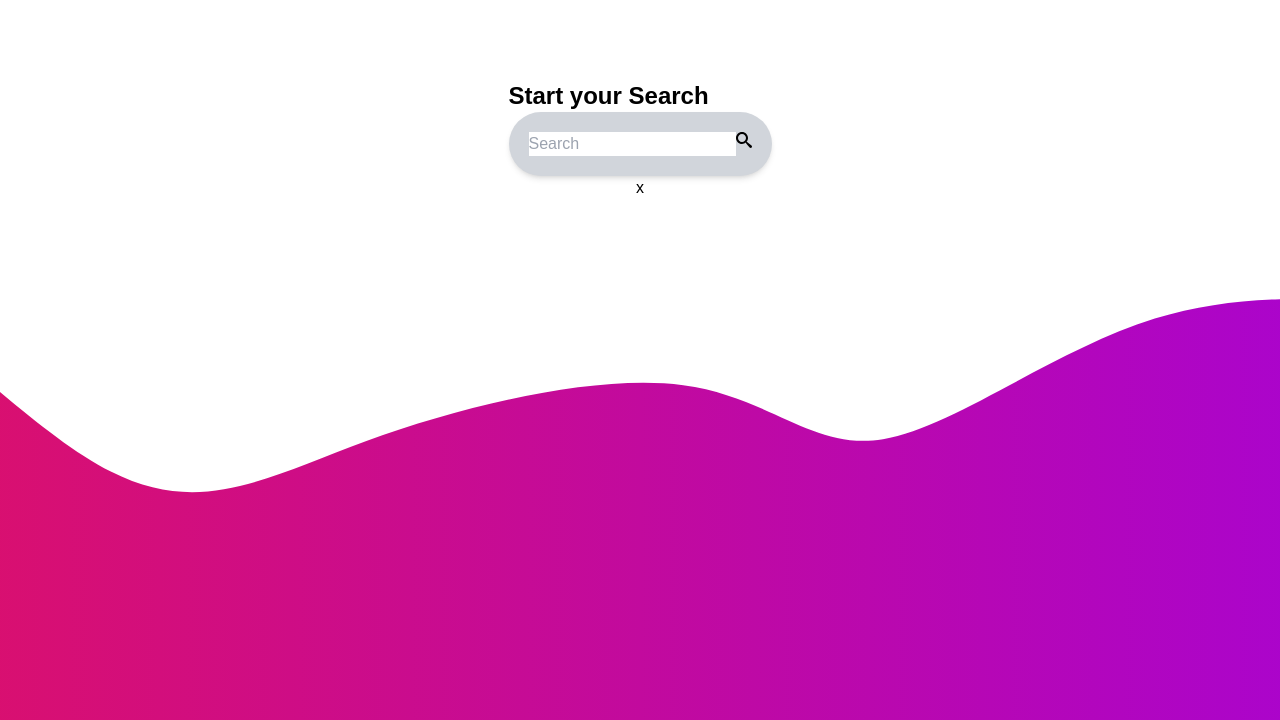
Repository: evergreenx/dictionary-octo
Page: /
An editor plug-in stored every save of this project. The page is shown before and after a run of saves, followed by the edit.
The browser window is 1280 px wide. The pictures show the whole page.
The project was rebuilt for these pictures with package versions that can differ from the ones it lists, and the page was loaded fresh each time. The framework's server and built-in components were replaced by stand-ins that run in the browser. Also part of the build but not shown: next.config.js.

Above is the page before, as saved 2022-04-30 14:54:50.

### pages/index.js
import Head from "next/head";
import Image from "next/image";
import bgimage from "../public/bg.svg";

import { ImSearch } from "react-icons/im";

export default function Home() {
  return (
    <div>
      <Head>
        <title>Create Next App</title>
        <meta name="description" content="Generated by create next app" />
        <link rel="icon" href="/favicon.ico" />
      </Head>

      <main className=" flex flex-col justify-center items-center py-20">
        <div className="input--container">
          <h1 className="text-2xl font-bold">Start your Search</h1>

          <div className="flex bg-gray-300 shadow-md rounded-full p-5 ">
            <input className="input--text" type="text" placeholder="Search" />

            <ImSearch />
          </div>
        </div>
        x{" "}
      </main>
    </div>
  );
}

### styles/globals.css
@tailwind base;
@tailwind components;
@tailwind utilities;

@import url("https://fonts.googleapis.com/css2?family=Quicksand&display=swap");

body {
  padding: 0;
  margin: 0;
  font-family: "Quicksand", sans-serif;
  background-image: url("../public/bg.svg");
  background-repeat: no-repeat;
  background-size: cover;
  background-position: bottom;
  height: 100vh;
  font-family: 'Quicksand', sans-serif;
}

a {
  color: inherit;
  text-decoration: none;
}

* {
  box-sizing: border-box;
}

Loaded but not shown: pages/_app.js (common file); tailwind.config.js (common file)

After the next 2 saves:
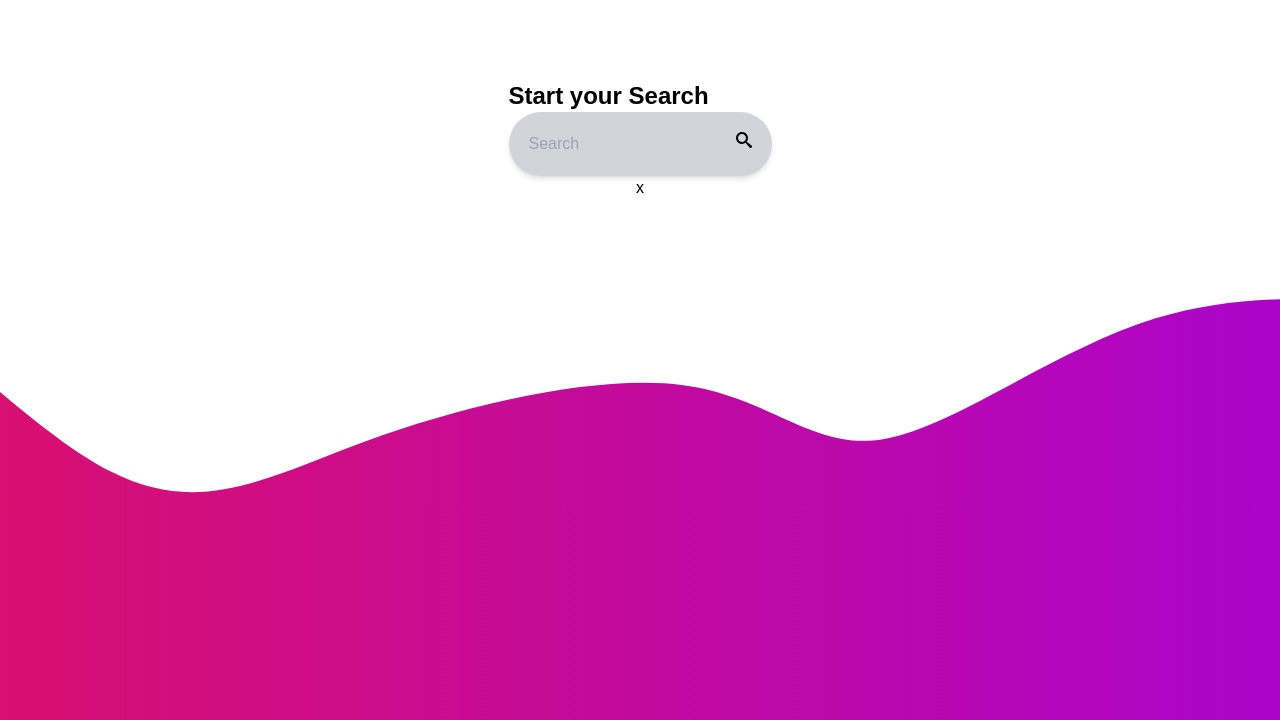
The 2 saves are shown as one change because they came seconds apart.
The last was saved 19 s later.
--- a/pages/index.js
+++ b/pages/index.js
@@ -18,7 +18,7 @@ export default function Home() {
           <h1 className="text-2xl font-bold">Start your Search</h1>
 
           <div className="flex bg-gray-300 shadow-md rounded-full p-5 ">
-            <input className="input--text" type="text" placeholder="Search" />
+            <input className="input--text bg-gray-300" type="text" placeholder="Search" />
 
             <ImSearch />
           </div>
